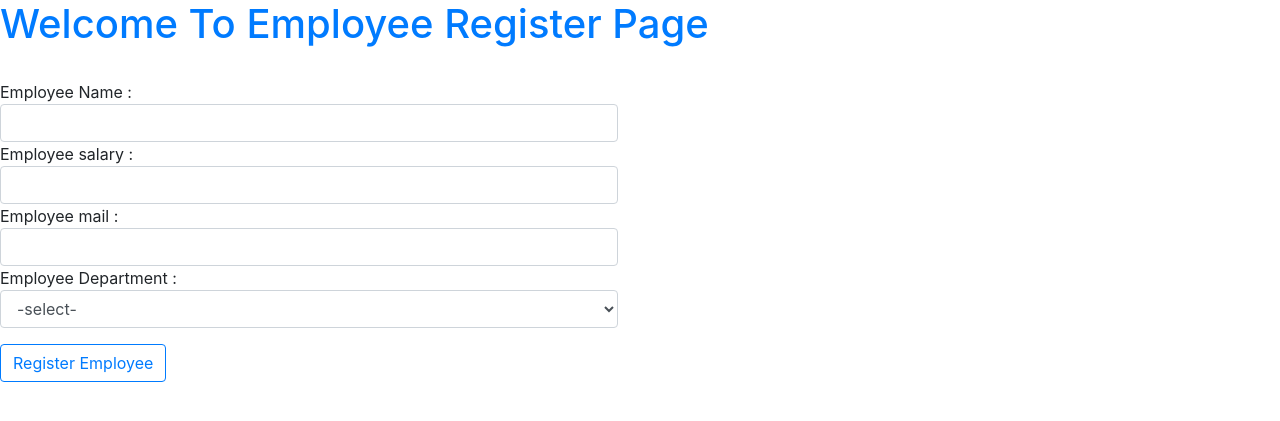
Repository: lokeshsukhwal/EmployeeMiniProject
Page: http://localhost/EmployeeRegister
An editor plug-in stored every save of this project. The page is shown before and after the next save, followed by the edit.
The browser window is 1280 px wide. The pictures show the whole page.
The page is this project's Thymeleaf template; nobody is signed in. The template is opened directly, without the code that normally fills it, so the values that code supplies are empty.

Above is the page before, as saved 2023-01-18 13:24:39.

After the next save:
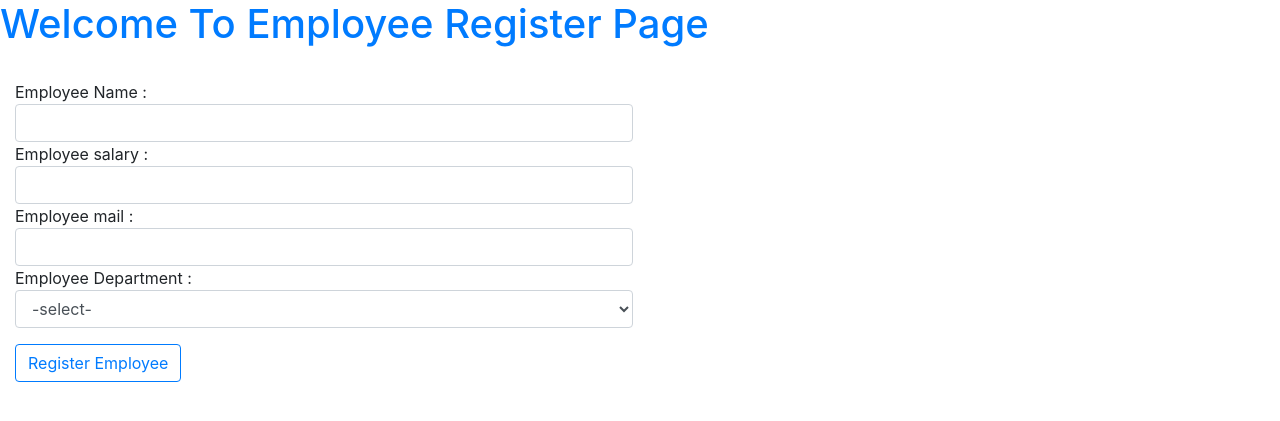
Saved 13 s later.
--- a/SpringBootMvc-ThymeleafMySqlCrudMiniProject/src/main/resources/templates/EmployeeRegister.html
+++ b/SpringBootMvc-ThymeleafMySqlCrudMiniProject/src/main/resources/templates/EmployeeRegister.html
@@ -9,7 +9,7 @@
 <body>
 <div class="container row">
 	<h1 class=" text-primary text-center">Welcome To Employee Register Page</h1>
-		<form th:action="@{/employee/save}" method="POST" class="mt-4 form col-sm-7 row">
+		<form th:action="@{/employee/save}" method="POST" class="mt-4 form col-sm-7 ">
 
 			Employee Name : <input type="text" name="empName"class="form-control">
 
